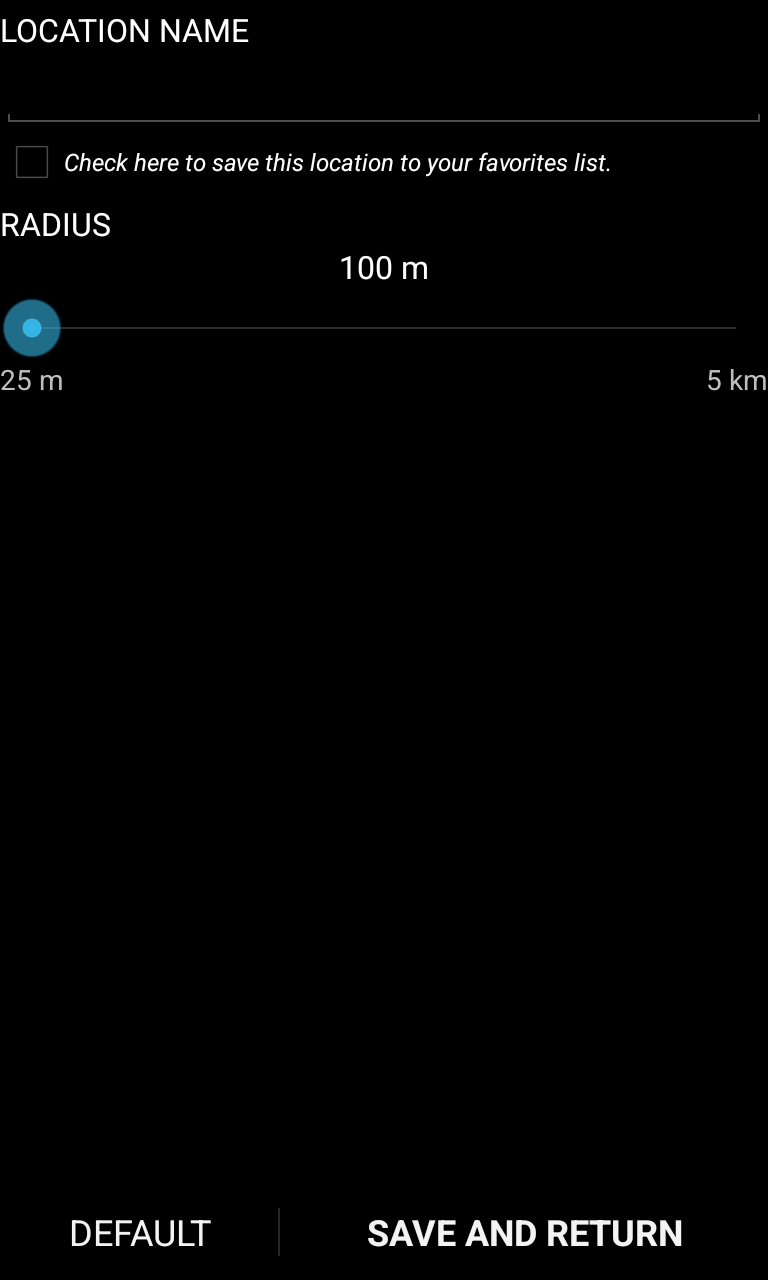
Repository: rpcarrig/memomap
Layout: MemoMapActivity/res/layout/fragment_newmemoloc.xml
The author's editor kept a copy of each file at every save. The layout is drawn from the files as they stood at one save, then again after the next save.
It is drawn on a 768 x 1280 px phone screen (xhdpi) without system bars, with theme android:Theme.Holo; the app's code is not run.

Above is the layout before, as saved 2013-03-31 05:15:04.

### MemoMapActivity/res/layout/fragment_newmemoloc.xml
<RelativeLayout xmlns:android="http://schemas.android.com/apk/res/android"
    xmlns:tools="http://schemas.android.com/tools"
    android:id="@+id/RelativeLayout1"
    android:layout_width="match_parent"
    android:layout_height="match_parent"
    android:layout_alignParentTop="true"
    android:orientation="vertical" >

    <TextView
        android:id="@+id/view_radius"
        android:layout_width="match_parent"
        android:layout_height="wrap_content"
        android:layout_alignParentLeft="false"
        android:layout_alignParentTop="false"
        android:paddingTop="4dp"
        android:text="@string/location_name"
        android:textAllCaps="true"
        android:textAppearance="?android:attr/textAppearanceLarge"
        android:textColor="@android:color/white"
        android:textSize="16sp" />

    <EditText
        android:id="@+id/newMemoLocation"
        android:layout_width="match_parent"
        android:layout_height="wrap_content"
        android:layout_below="@+id/view_radius"
        android:layout_centerHorizontal="true"
        android:ems="10"
        android:inputType="textEmailSubject" >
    </EditText>

    <LinearLayout
        android:id="@+id/buttonbarM"
        style="?android:attr/buttonBarStyle"
        android:layout_width="match_parent"
        android:layout_height="wrap_content"
        android:layout_alignParentBottom="true"
        android:layout_alignParentRight="false"
        android:gravity="bottom" >

        <Button
            android:id="@+id/button1"
            style="?android:attr/buttonBarButtonStyle"
            android:layout_width="0dp"
            android:layout_height="wrap_content"
            android:layout_weight="1"
		    android:onClick="defaultClick"
            android:text="@string/default_"
            android:textAllCaps="true" />

        <Button
            android:id="@+id/memoSaveButton"
            style="?android:attr/buttonBarButtonStyle"
            android:layout_width="0dp"
            android:layout_height="wrap_content"
            android:layout_weight="1.75"
            android:onClick="saveMemoClick"
            android:text="@string/save_and_return"
            android:textAllCaps="true"
            android:textStyle="bold" />

    </LinearLayout>

    <CheckBox
        android:id="@+id/checkbox"
        android:layout_width="match_parent"
        android:layout_height="wrap_content"
        android:layout_alignParentLeft="true"
        android:layout_below="@+id/newMemoLocation"
        android:text="@string/remember_loc"
        android:textSize="12sp"
        android:textStyle="italic" />

    <TextView
        android:id="@+id/tv_Date"
        android:layout_width="match_parent"
        android:layout_height="wrap_content"
        android:layout_alignParentLeft="true"
        android:layout_below="@+id/checkbox"
        android:paddingTop="4dp"
        android:text="@string/radius"
        android:textAllCaps="true"
        android:textAppearance="?android:attr/textAppearanceLarge"
        android:textColor="@android:color/white"
        android:textSize="16sp" />

    <SeekBar
        android:id="@+id/seekBar1"
        android:layout_width="match_parent"
        android:layout_height="wrap_content"
        android:layout_alignParentLeft="true"
        android:layout_below="@+id/TextView02"
        android:max="975"
        android:minHeight="12dp"
        android:progress="0" />

    <TextView
        android:id="@+id/viewmemobody"
        android:layout_width="wrap_content"
        android:layout_height="wrap_content"
        android:layout_alignParentLeft="true"
        android:layout_below="@+id/seekBar1"
        android:text="@string/m"
        android:textAppearance="?android:attr/textAppearanceSmall" />

    <TextView
        android:id="@+id/viewloctext"
        android:layout_width="wrap_content"
        android:layout_height="wrap_content"
        android:layout_alignParentRight="true"
        android:layout_below="@+id/seekBar1"
        android:text="@string/k"
        android:textAppearance="?android:attr/textAppearanceSmall" />

    <TextView
        android:id="@+id/TextView02"
        android:layout_width="match_parent"
        android:layout_height="wrap_content"
        android:layout_alignParentLeft="true"
        android:layout_below="@+id/tv_Date"
        android:gravity="center"
        android:paddingBottom="4dp"
        android:text="@string/mm"
        android:textAllCaps="false"
        android:textAppearance="?android:attr/textAppearanceLarge"
        android:textColor="@android:color/white"
        android:textSize="16sp" />

</RelativeLayout>

### MemoMapActivity/res/values/strings.xml
<?xml version="1.0" encoding="utf-8"?>
<resources>

    <string name="m">25 m</string>
    <string name="mm">100 m</string>
    <string name="k">5 km</string>
    <string name="add_fave">Add Favorite</string>
    <string name="app_name">MemoMap</string>
    <string name="app_version">Alpha v0.39 (23 Mar 2013)</string>
    <string name="address">Address</string>
    <string name="address_hint">Enter an address</string>
    <string name="body">Body</string>
	<string name="body_hint">Compose your memo here.</string>
	<string name="cancel">Cancel</string>
	<string name="choose_fave">Favorite Places</string>
    <string name="continue_">Continue</string>
    <string name="create_here">Use My Location</string>
    <string name="create_memo">Create Memo</string>
    <string name="create_memo_msg">Where would you like to set this memo?</string>
    <string name="default_">Default</string>
    <string name="default_rad">Default Radius</string>
    <string name="delete_memo">Delete Memo</string>
    <string name="edit">Edit Memo</string>
    <string name="explain">The memo\'s radius determines that maximum distance you can be from a memo in order to be reminded. The smaller the radius, the closer you must approach the set location before the notification appears.</string>
    <string name="favorites">Favorites</string>
    <string name="hello_world">Hello world!</string>
    <string name="latitude">Latitude</string>
    <string name="less_than">&lt;</string>
    <string name="location_name">Location Name</string>
    <string name="longitude">Longitude</string>
    <string name="main_menu">Main Menu</string>
    <string name="memo">Memo</string>
    <string name="memo_title">Memo Title</string>
    <string name="nullstring">null</string>
    <string name="my_memos">My Memos</string>
    <string name="menu_settings">Settings</string>
    <string name="ok">OK</string>
    <string name="radius">Radius</string>
    <string name="radius_a">25m</string>
    <string name="radius_b">50m</string>
    <string name="radius_c">100m</string>
    <string name="radius_info">What does this mean?</string>
    <string name="remember_loc">Check here to save this location to your favorites list.</string>
    <string name="reset_view">Reset View</string>
    <string name="save">Save Memo</string>
    <string name="save_and_return">Save and Return</string>
    <string name="saved_memos">Saved Memos</string>
    <string name="search">Search</string>
    <string name="search_addr">Search by Address</string>
    <string name="service_name">MemoMap Location Service</string>
    <string name="settings">Settings</string>
    <string name="title">Title</string>
    <string name="view_faves">Favorite Places</string>
    <string name="view_memos">View Memos</string>

</resources>

After the next save:
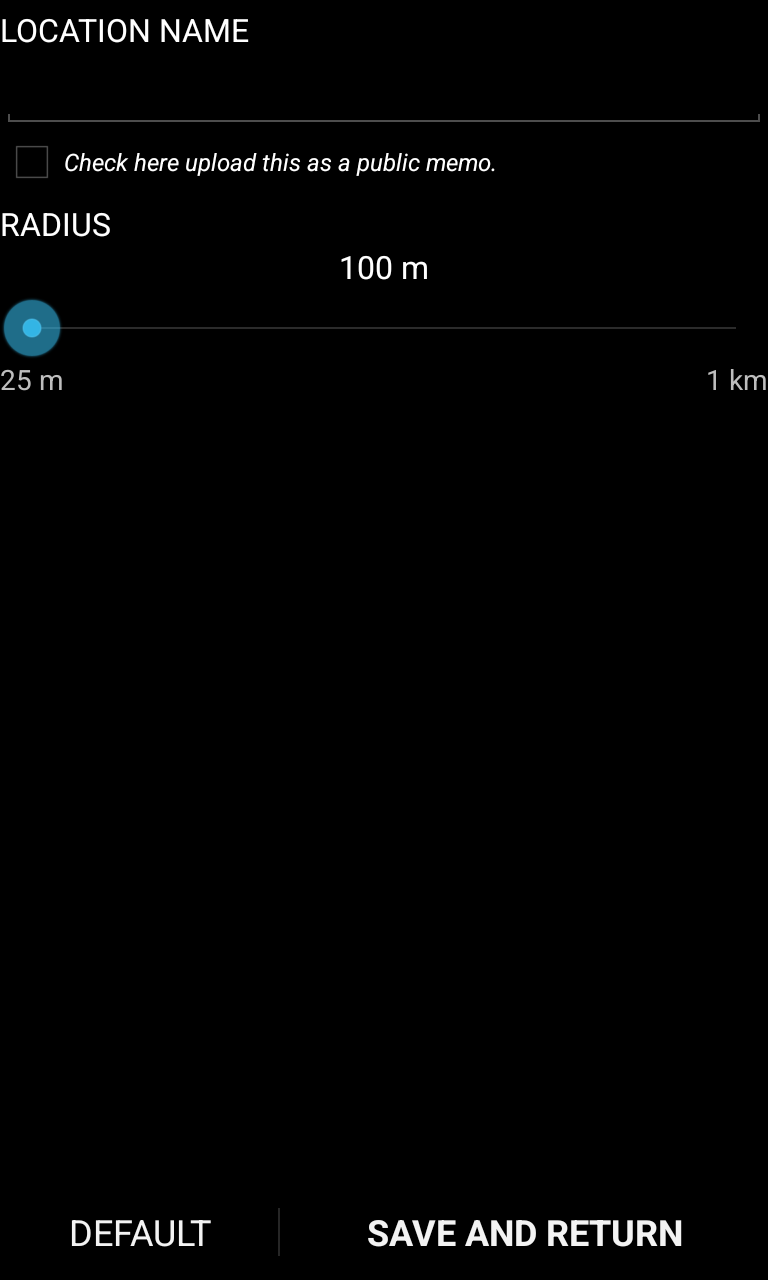
Saved 87 s later.
--- a/MemoMapActivity/res/values/strings.xml
+++ b/MemoMapActivity/res/values/strings.xml
@@ -3,29 +3,32 @@
 
     <string name="m">25 m</string>
     <string name="mm">100 m</string>
-    <string name="k">5 km</string>
+    <string name="k">1 km</string>
     <string name="add_fave">Add Favorite</string>
     <string name="app_name">MemoMap</string>
     <string name="app_version">Alpha v0.39 (23 Mar 2013)</string>
     <string name="address">Address</string>
-    <string name="address_hint">Enter an address</string>
+    <string name="address_hint">Enter an address or destination</string>
     <string name="body">Body</string>
-	<string name="body_hint">Compose your memo here.</string>
-	<string name="cancel">Cancel</string>
-	<string name="choose_fave">Favorite Places</string>
+    <string name="body_hint">Compose your memo here.</string>
+    <string name="cancel">Cancel</string>
+    <string name="choose_fave">Favorite Places</string>
     <string name="continue_">Continue</string>
     <string name="create_here">Use My Location</string>
     <string name="create_memo">Create Memo</string>
     <string name="create_memo_msg">Where would you like to set this memo?</string>
+    <string name="date_created">Date Created</string>
     <string name="default_">Default</string>
     <string name="default_rad">Default Radius</string>
     <string name="delete_memo">Delete Memo</string>
-    <string name="edit">Edit Memo</string>
+    <string name="edit">Edit</string>
+    <string name="editmemo">Edit Memo</string>
     <string name="explain">The memo\'s radius determines that maximum distance you can be from a memo in order to be reminded. The smaller the radius, the closer you must approach the set location before the notification appears.</string>
     <string name="favorites">Favorites</string>
     <string name="hello_world">Hello world!</string>
     <string name="latitude">Latitude</string>
     <string name="less_than">&lt;</string>
+    <string name="loading">Loading</string>
     <string name="location_name">Location Name</string>
     <string name="longitude">Longitude</string>
     <string name="main_menu">Main Menu</string>
@@ -34,15 +37,19 @@
     <string name="nullstring">null</string>
     <string name="my_memos">My Memos</string>
     <string name="menu_settings">Settings</string>
+    <string name="no_memos">No memos yet!</string>
+    <string name="nointernet">Internet connection is required.</string>
     <string name="ok">OK</string>
+    <string name="open_memo">Open Memo</string>
+    <string name="pintowhere">Pin to where?</string>
     <string name="radius">Radius</string>
     <string name="radius_a">25m</string>
     <string name="radius_b">50m</string>
     <string name="radius_c">100m</string>
     <string name="radius_info">What does this mean?</string>
-    <string name="remember_loc">Check here to save this location to your favorites list.</string>
+    <string name="remember_loc">Check here upload this as a public memo.</string>
     <string name="reset_view">Reset View</string>
-    <string name="save">Save Memo</string>
+    <string name="save_memo">Save Memo</string>
     <string name="save_and_return">Save and Return</string>
     <string name="saved_memos">Saved Memos</string>
     <string name="search">Search</string>
@@ -50,7 +57,20 @@
     <string name="service_name">MemoMap Location Service</string>
     <string name="settings">Settings</string>
     <string name="title">Title</string>
+    <string name="tryagain">No results found. Try again?</string>
     <string name="view_faves">Favorite Places</string>
     <string name="view_memos">View Memos</string>
+    <string name="waiting">Waiting for location fix&#8230;</string>
+
+    <string name="crash_toast_text">MemoMap has crashed! But don\'t worry, the developer is on top of it.</string>
+    <string name="crash_notif_ticker_text">Unexpected error! Please send a report.</string>
+    <string name="crash_notif_title">MemoMap has crashed and burned.</string>
+    <string name="crash_notif_text">Please click here to help us fix the issue.</string>
+
+    <string name="crash_dialog_title">MemoMap has crashed</string>
+    <string name="crash_dialog_text">An unexpected error has forced MemoMap to stop.
+        Please help us fix this by sending us a crash report. All you have to do is click OK.</string>
+    <string name="crash_dialog_comment_prompt">Any comments would be helpful:</string>
+    <string name="crash_dialog_ok_toast">Thanks, pal.</string>
 
 </resources>
